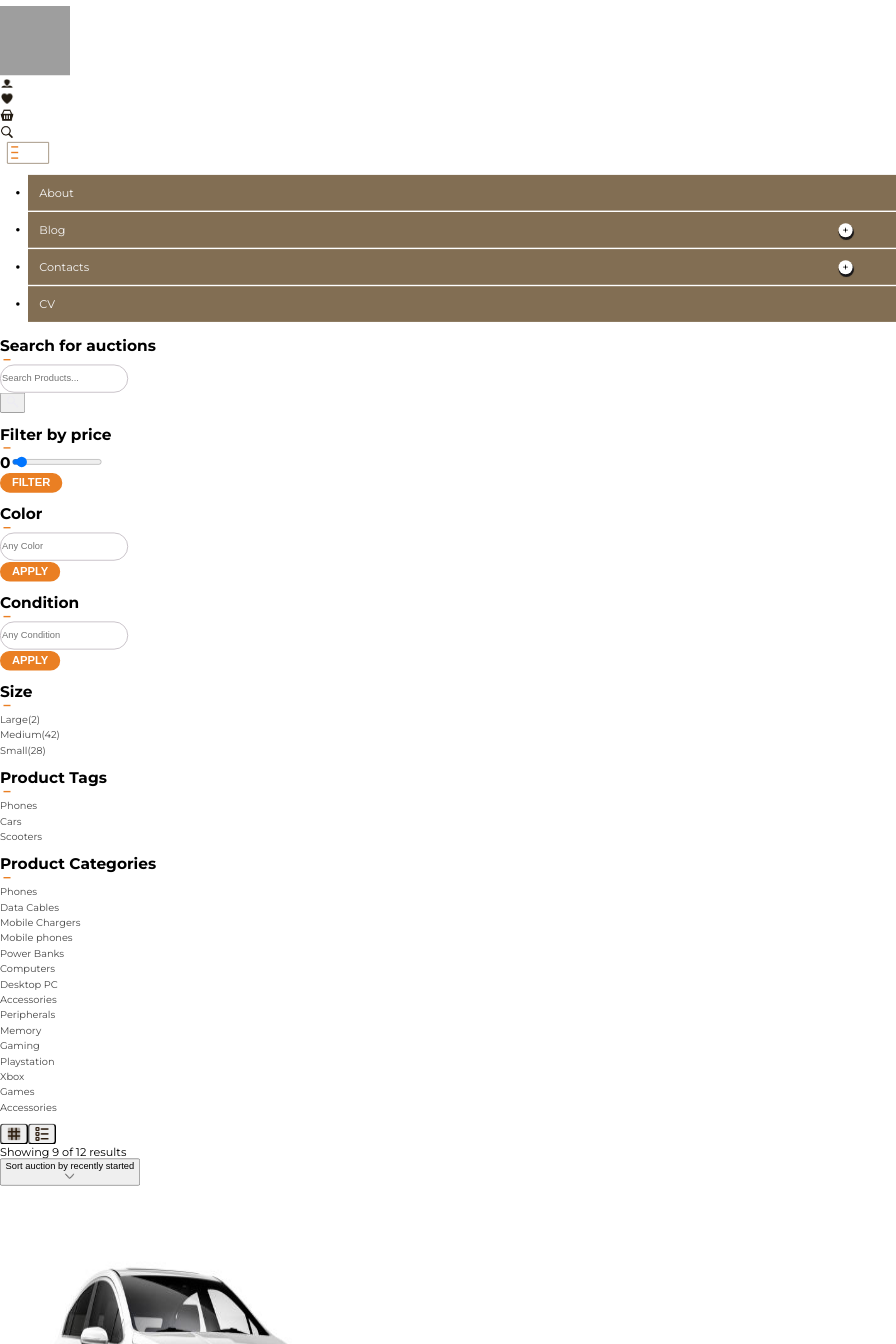
Repository: Arzun000/auction
Page: /shop
An editor plug-in stored every save of this project. The page is shown before and after the next save, followed by the edit.
The browser window is 1280 px wide. The pictures show the part of the page from y = 1047 to 2967 px (the page is 6526 px tall before and 6317 px after), at 70% of full size.
Pictures or frames that could not be fetched are drawn as grey boxes. The project was rebuilt for these pictures with package versions that can differ from the ones it lists, and the page was loaded fresh each time. The framework's server and built-in components were replaced by stand-ins that run in the browser. Also part of the build but not shown: next.config.js, webpack.config.js, components/Testpage.js, pages/shop/Shop.module.css, components/icons/Iconsverticalbid.js, components/icons/Iconsverticalbuy.js.

Above is the page before, as saved 2022-04-03 18:11:59.

After the next save:
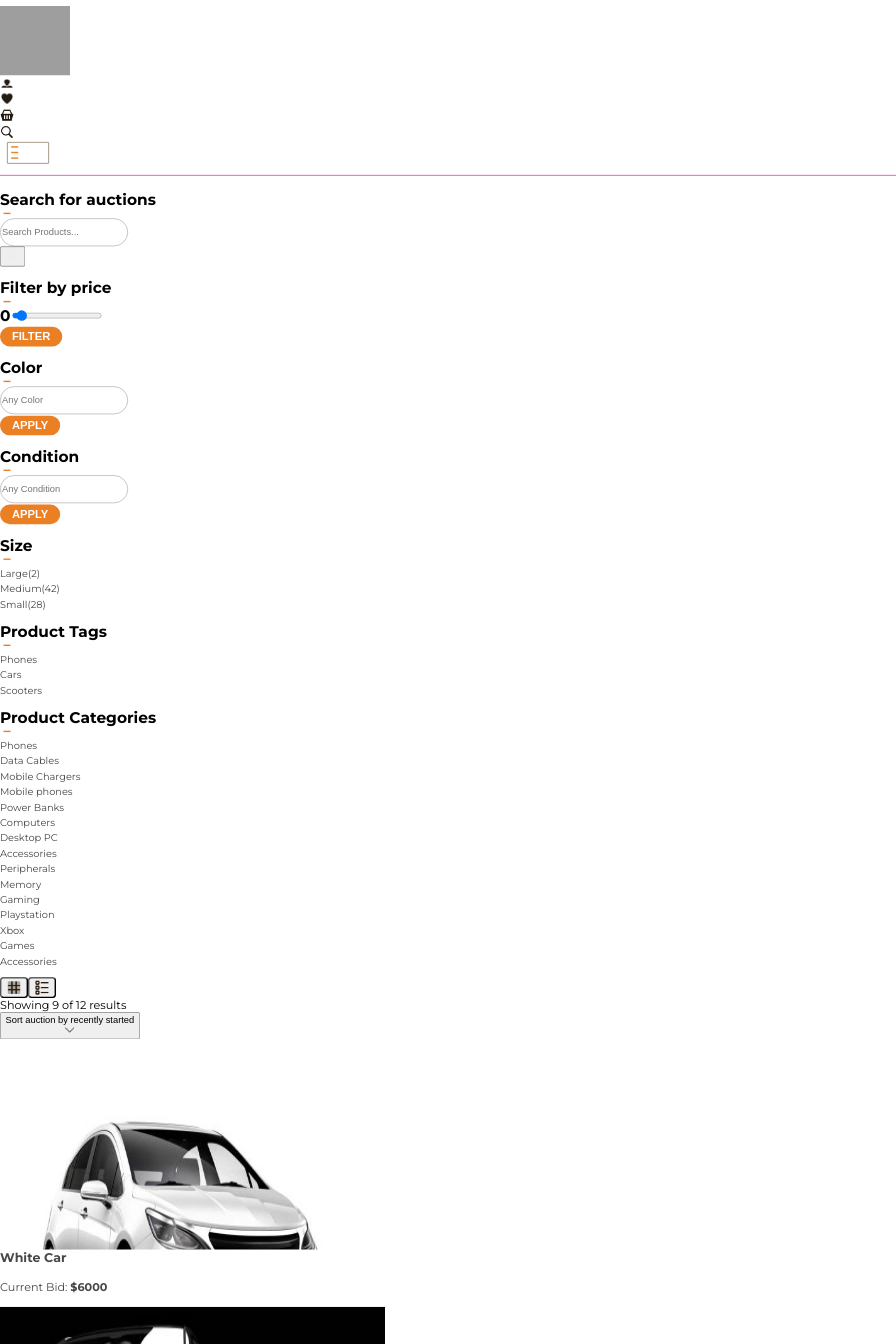
Saved 16 s later.
--- a/styles/globals.css
+++ b/styles/globals.css
@@ -785,7 +785,7 @@ Note: Beware of modifying this element as it can break the animations - you shou
   background-color: palevioletred;
 }
 
-.hammenu {
+.ham-menu {
   list-style-type: none;
   border-bottom: 1px solid #f315d5;
   max-height: 0;
